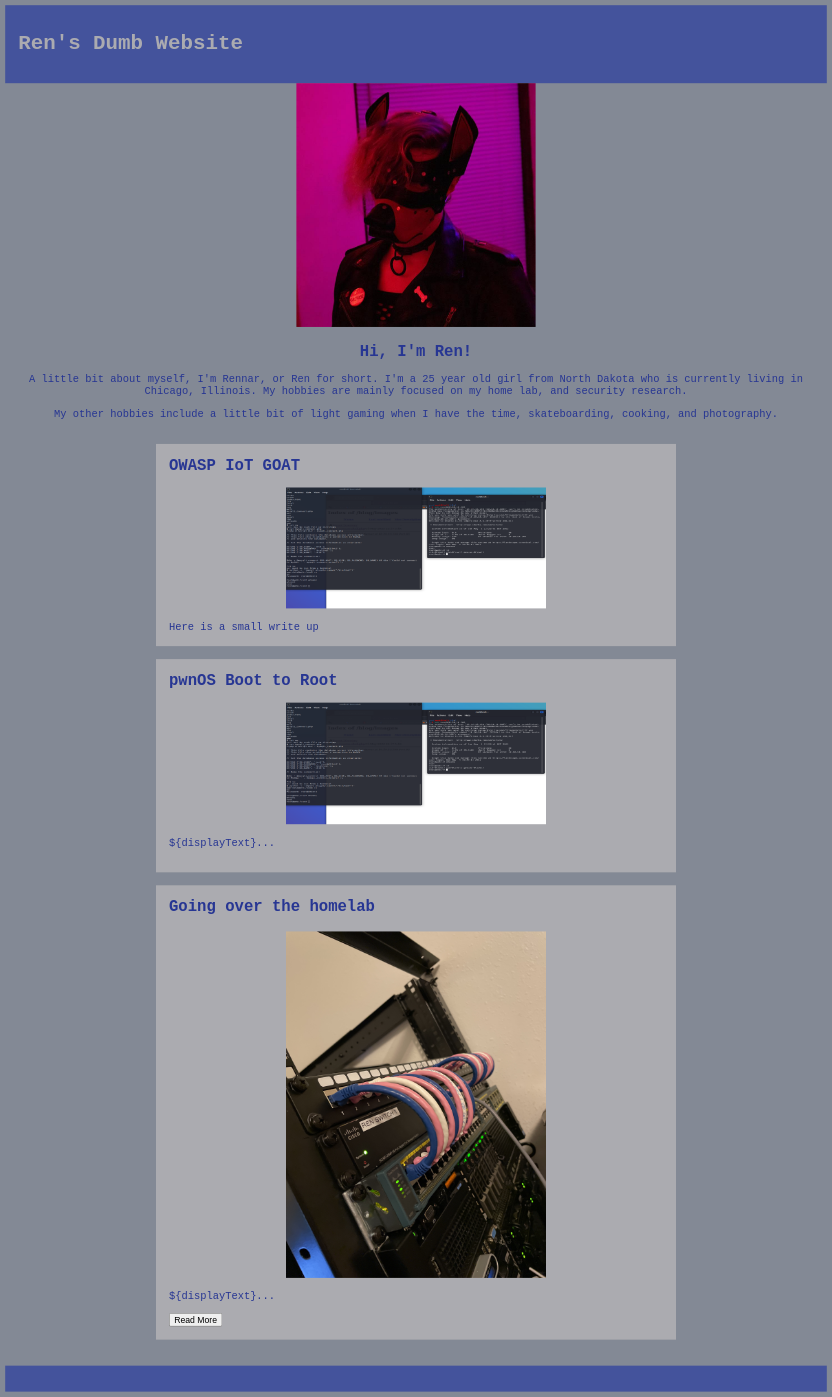
Repository: RennarDeer/RenDev
Page: index.html
These files come from the project's save history. The page is drawn as it stood at one moment and after the next save; the edit follows.
The browser window is 1280 px wide. The pictures show the whole page, at 65% of full size.

Above is the page before, as saved 2023-03-08 10:49:45.

After the next save:
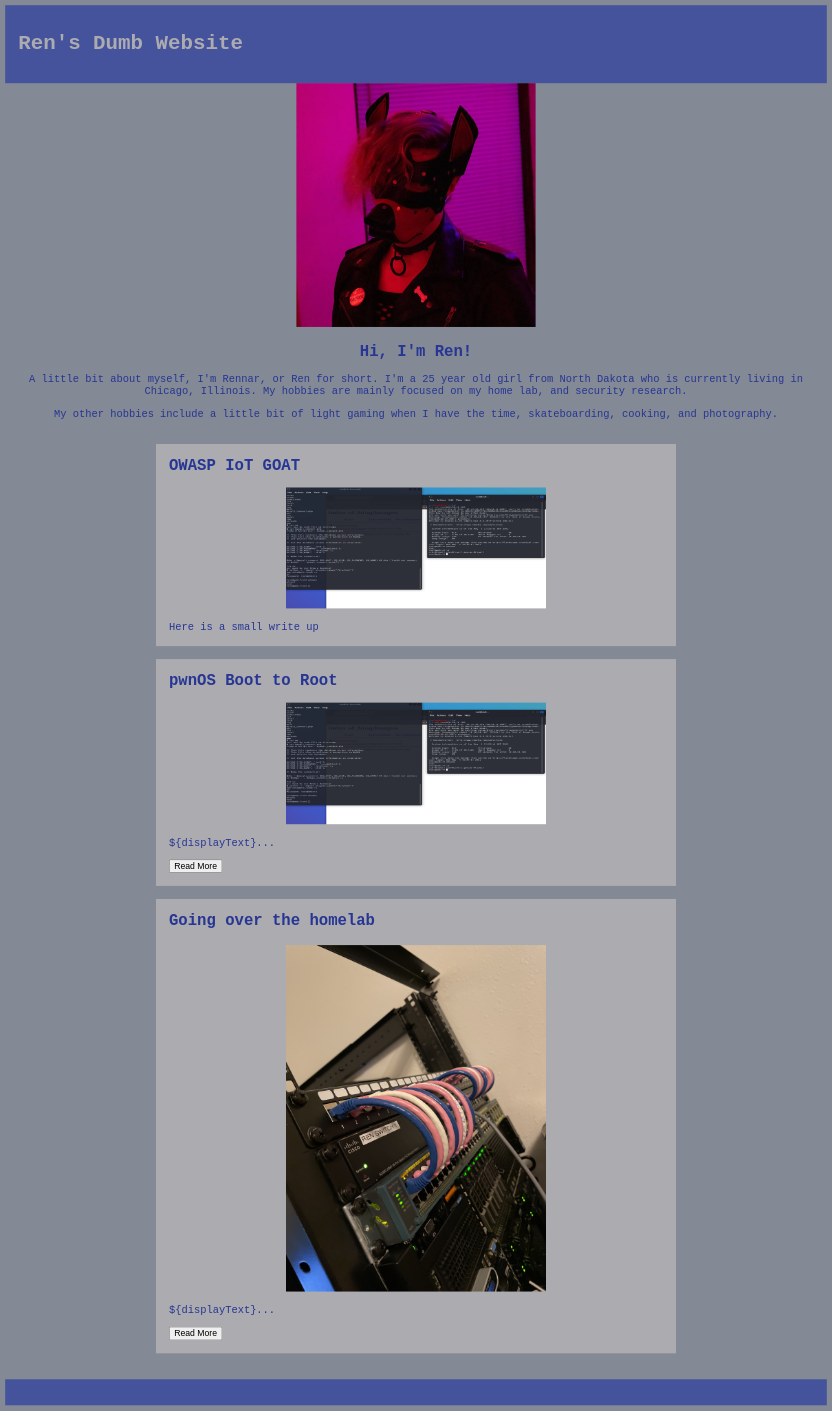
Saved 22 s later.
--- a/index.html
+++ b/index.html
@@ -54,9 +54,8 @@
         you would like. So naturally I set up netcat, uploaded and ran a reverse shell. After this its
         fairly trivial to find the root password in a config file the website owner left us, and now
         we can directly ssh into the box as root, completing this CTF.
+        </p>
         <button onclick="readMore(this)">Read More</button>
-        </p>
-
         </article>
       <article>
         <h3>Going over the homelab</h3>
